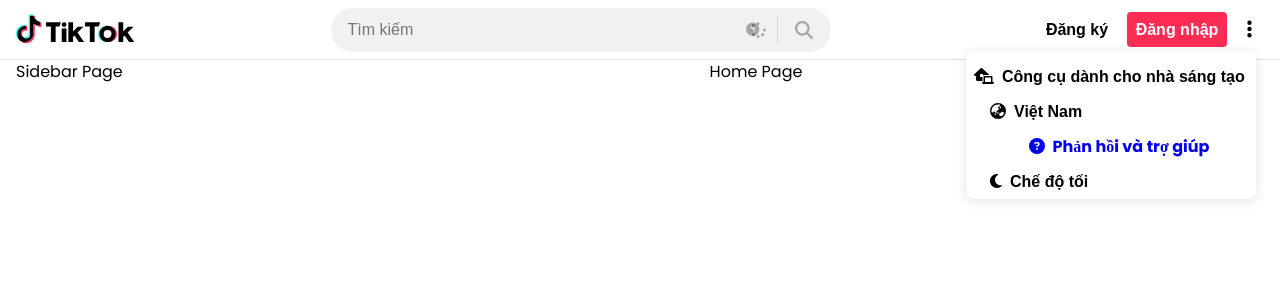
Repository: nvdao03/Tiktok
Page: /
An editor plug-in stored every save of this project. The page is shown before and after the next save, followed by the edit.
The browser window is 1280 px wide. The pictures show the whole page.
The project was rebuilt for these pictures with package versions that can differ from the ones it lists, and the page was loaded fresh each time. Also part of the build but not shown: vite.config.js, src/components/AccountItem/AccountItem.module.scss, src/components/Layout/HeaderOnly/index.jsx, src/pages/Following/index.jsx, src/pages/Profile/index.jsx, src/pages/Upload/index.jsx, src/pages/Search/index.jsx.

Above is the page before, as saved 2025-01-04 16:59:27.

After the next save:
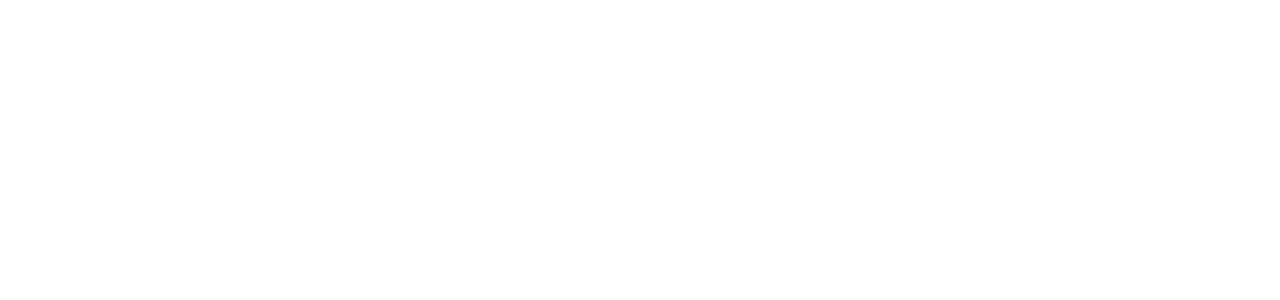
Console error: ReferenceError: cx is not defined
Saved 3 h 40 min later.
--- a/src/components/Popper/Menu/MenuItem.jsx
+++ b/src/components/Popper/Menu/MenuItem.jsx
@@ -3,7 +3,7 @@
 
 function MenuItem({ data }) {
   return (
-    <Button leftIcon={data.icon} to={data.to}>
+    <Button className={cx('menu-item')} leftIcon={data.icon} to={data.to}>
       {data.title}
     </Button>
   );

After the save that followed:
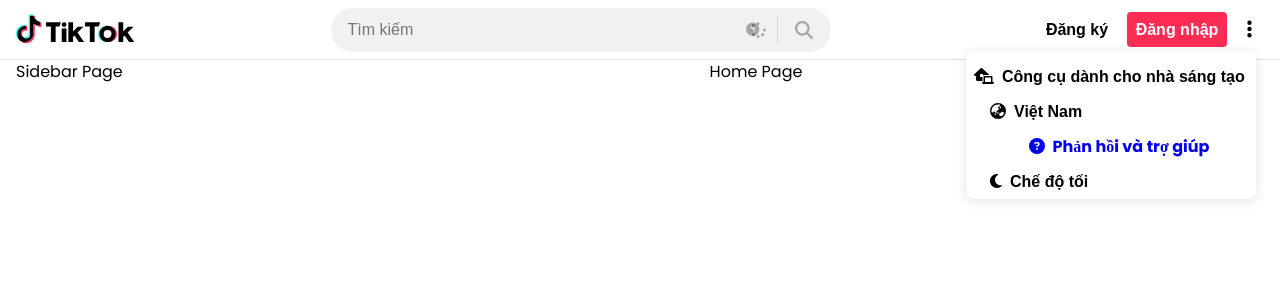
The error is gone.
Saved 53 s later.
--- a/src/components/Popper/Menu/MenuItem.jsx
+++ b/src/components/Popper/Menu/MenuItem.jsx
@@ -1,5 +1,9 @@
 import React from 'react';
 import Button from '../../Buttons';
+import classNames from 'classnames/bind';
+import styles from './Menu.module.scss';
+
+const cx = classNames.bind(styles);
 
 function MenuItem({ data }) {
   return (
